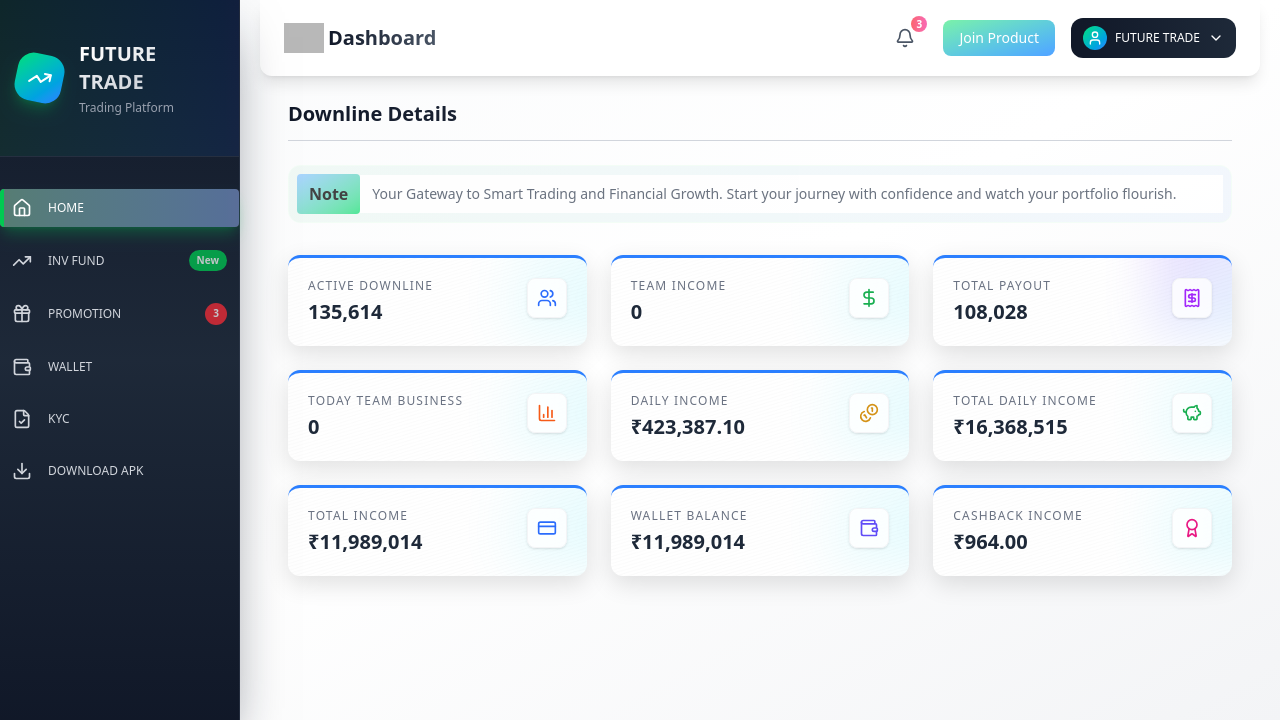
Repository: GauraVPandeyyy/Trade
Page: /
An editor plug-in stored every save of this project. The page is shown before and after the next save, followed by the edit.
The browser window is 1280 px wide. The pictures show the whole page.
Pictures or frames that could not be fetched are drawn as grey boxes. The project was rebuilt for these pictures with package versions that can differ from the ones it lists, and the page was loaded fresh each time. Some packages were replaced by stand-ins written for this rebuild. Also part of the build but not shown: vite.config.js, src/pages/Home.jsx, src/pages/InvFund.jsx, src/pages/Promotion.jsx, src/pages/Wallet.jsx, src/pages/Kyc.jsx, src/pages/DownloadApk.jsx.

Above is the page before, as saved 2025-08-02 13:39:57.

After the next save:
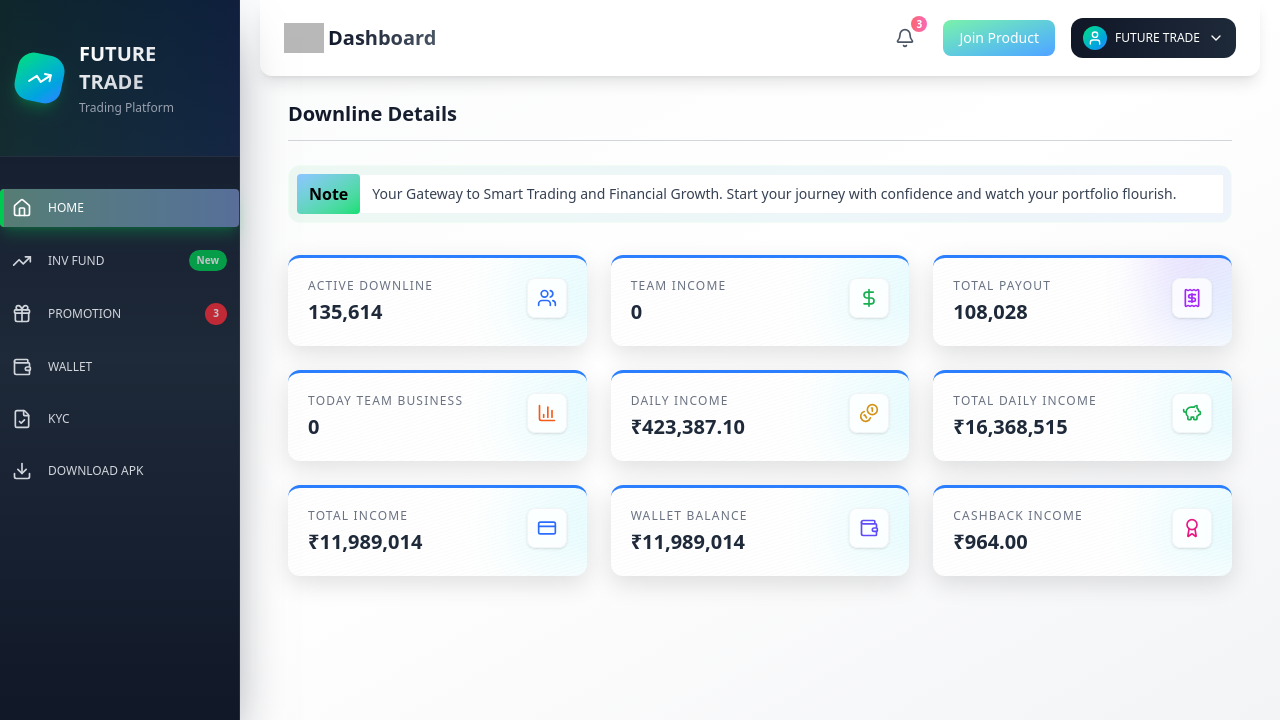
Saved 34 s later.
--- a/src/pages/Dashboard.jsx
+++ b/src/pages/Dashboard.jsx
@@ -99,7 +99,7 @@
             </div>
 
             {/* Enhanced Note Section */}
-            <div className="relative bg-gradient-to-r from-gray-50 to-gray-50 border border-green-50 rounded-xl p-2 mb-6 overflow-hidden animate-pulse">
+            <div className="relative bg-gradient-to-r from-gray-50 to-gray-50 border border-green-50 rounded-xl p-2 mb-6 overflow-hidden">
               <div className="absolute inset-0 bg-gradient-to-r from-green-500/5 to-blue-500/5"></div>
               <div className="relative flex items-center space-x-0">
                 {/* <div className="w-10 h-10 bg-gradient-to-br from-green-500 to-blue-500 rounded-2xl flex items-center justify-center text-white shadow-lg">
